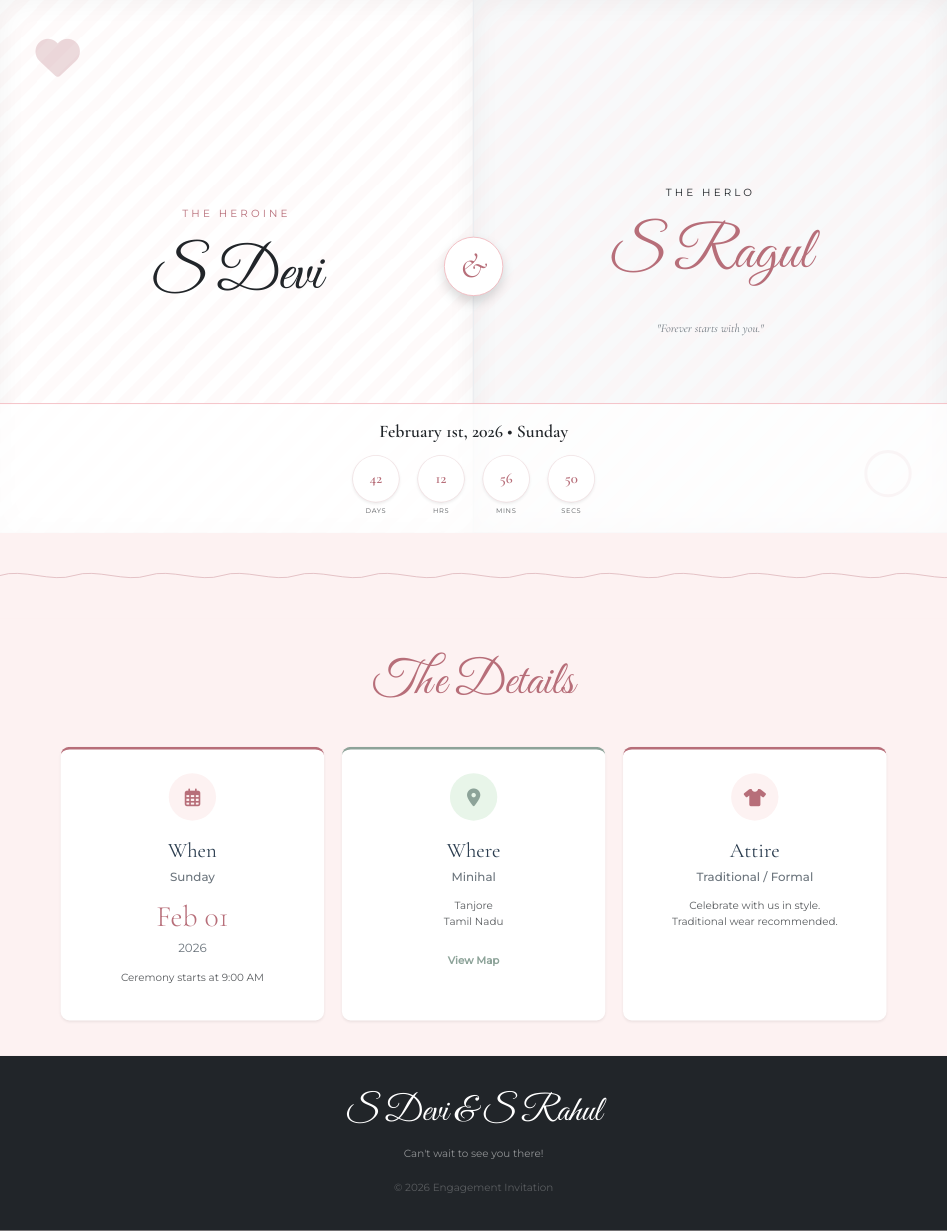
Repository: Eswar2585/Invitation
Page: index.html
The author's editor kept a copy of each file at every save. The page is drawn from the files as they stood at one save, then again after the next save.
The browser window is 1280 px wide. The pictures show the whole page, at 74% of full size.

Above is the page before, as saved 2025-12-20 20:08:06.

### index.html
<!DOCTYPE html>
<html lang="en">
<head>
    <meta charset="UTF-8">
    <meta name="viewport" content="width=device-width, initial-scale=1.0">
    <title>Boy Name & Girl Name | Engagement Invitation</title>

    <!-- Bootstrap 5 CSS -->
    <link href="https://cdn.jsdelivr.net/npm/bootstrap@5.3.0/dist/css/bootstrap.min.css" rel="stylesheet">

    <!-- Font Awesome (for Icons) -->
    <link href="https://cdnjs.cloudflare.com/ajax/libs/font-awesome/6.0.0/css/all.min.css" rel="stylesheet">

    <!-- Google Fonts -->
    <link rel="preconnect" href="https://fonts.googleapis.com">
    <link rel="preconnect" href="https://fonts.gstatic.com" crossorigin>
    <link href="https://fonts.googleapis.com/css2?family=Cormorant+Garamond:ital,wght@0,300;0,400;0,600;1,400&family=Great+Vibes&family=Montserrat:wght@300;400;500&display=swap" rel="stylesheet">

    <link rel="stylesheet" href="style.css">
</head>
<body>

    <!-- Envelope Overlay -->
    <div id="envelopeOverlay" class="envelope-overlay">
        <div class="envelope-wrapper">
            <!-- Body -->
            <div class="envelope-body"></div>

            <!-- Letter -->
            <div id="letterPreview" class="letter-preview">
                <div class="letter-border">
                    <p class="font-sans text-muted text-uppercase small tracking-wide mb-1" style="letter-spacing: 0.2em; font-size: 10px;">Invitation</p>
                    <h2 class="font-script text-rose-gold m-0" style="font-size: 2rem; color: #B76E79;">S Devi</h2>
                    <span class="font-serif text-dark small">&</span>
                    <h2 class="font-script text-rose-gold m-0" style="font-size: 2rem; color: #B76E79;">S Rahul</h2>
                </div>
            </div>

            <!-- Flap -->
            <div id="envelopeFlap" class="envelope-flap"></div>

            <!-- Pocket -->
            <div class="envelope-pocket"></div>

            <!-- Ribbon -->
            <div id="ribbonVertical" class="ribbon-vertical"></div>

            <!-- Bow -->
            <div id="bowContainer" class="bow-container">
               <div class="bow-loop loop-left"></div>
               <div class="bow-knot"></div>
               <div class="bow-loop loop-right"></div>
            </div>
        </div>
    </div>

    <!-- Main Content -->
    <div id="mainContent" class="main-content">

        <!-- Split Screen Hero (50/50 Force) -->
        <div class="container-fluid p-0">
            <div class="row g-0 min-vh-100 position-relative w-100 m-0">

                <!-- Left Col - Girl Name -->
                <div class="col-6 bg-white paper-texture shadow-seam d-flex flex-column justify-content-center align-items-center text-center p-2 p-md-5 border-end animate-open-left position-relative z-1">
                    <div class="position-absolute top-0 start-0 p-3 p-md-5 opacity-25">
                        <i class="fas fa-heart text-rose-gold icon-size"></i>
                    </div>
                    <p class="title-text font-sans text-rose-gold text-uppercase small mb-2 mb-md-4" style="letter-spacing: 0.3em;">The Heroine </p>
                    <h1 class="name-text font-script text-dark mb-2 mb-md-4" style="z-index: 10; position: relative;">S Devi</h1>

                </div>

                <!-- Center Ampersand -->
                <div class="ampersand-box position-absolute top-50 start-50 translate-middle z-3 bg-white rounded-circle shadow border border-danger-subtle d-flex align-items-center justify-content-center" style="width: 80px; height: 80px;">
                    <span class="ampersand-text font-serif fst-italic display-5 text-rose-gold">&</span>
                </div>

                <!-- Right Col - Boy Name -->
                <div class="col-6 bg-light paper-texture shadow-seam d-flex flex-column justify-content-center align-items-center text-center p-2 p-md-5 animate-open-right position-relative z-1">
                    <div class="position-absolute bottom-0 end-0 p-3 p-md-5 opacity-25">
                       <div class="ring-container border border-4 border-danger rounded-circle" style="border-color: #B76E79 !important;"></div>
                    </div>
                    <p class="title-text font-sans text-dark text-uppercase small mb-2 mb-md-4" style="letter-spacing: 0.3em;">The Herlo</p>
                    <h1 class="name-text font-script text-rose-gold mb-2 mb-md-4" style="z-index: 10; position: relative;">S Ragul</h1>
                    <p class="quote-text font-serif fst-italic text-secondary mt-2 mt-md-3">"Forever starts with you."</p>
                </div>

                <!-- Bottom Countdown Overlay -->
                <div class="position-absolute bottom-0 start-0 w-100 z-3 bg-white bg-opacity-75 border-top border-danger-subtle py-4 backdrop-blur">
                    <div class="container text-center">
                        <p class="font-serif h4 text-dark fw-bold mb-3">February 1st, 2026 &bull; Sunday</p>
                        <div class="d-flex justify-content-center gap-3 gap-md-4" id="countdownContainer">
                            <!-- Countdown items injected by JS -->
                        </div>
                    </div>
                </div>

            </div>
        </div>

        <!-- Divider -->
        <div class="py-5" style="background-color: var(--soft-pink);">
            <div class="flower-divider"></div>
        </div>

        <!-- Details Section -->
        <section class="py-5 container" style="background-color: var(--soft-pink);">
            <h2 class="font-script display-3 text-center text-rose-gold mb-5">The Details</h2>

            <div class="row g-4 justify-content-center">
                <!-- When -->
                <div class="col-md-4">
                    <div class="details-card text-center h-100">
                        <div class="details-icon">
                            <i class="far fa-calendar-alt"></i>
                        </div>
                        <h3 class="font-serif h3 mb-2">When</h3>
                        <p class="font-sans text-secondary fw-medium">Sunday</p>
                        <p class="font-serif display-6 text-rose-gold my-2">Feb 01</p>
                        <p class="font-sans text-secondary">2026</p>
                        <p class="font-sans small text-muted mt-3">Ceremony starts at 9:00 AM</p>
                    </div>
                </div>

                <!-- Where -->
                <div class="col-md-4">
                    <div class="details-card text-center h-100" style="border-top-color: var(--sage);">
                        <div class="details-icon" style="color: var(--sage); background-color: #e8f5e9;">
                            <i class="fas fa-map-marker-alt"></i>
                        </div>
                        <h3 class="font-serif h3 mb-2">Where</h3>
                        <p class="font-sans text-secondary fw-medium">Minihal</p>
                        <p class="font-sans text-muted mt-2 small">
                            Tanjore<br/>
                            Tamil Nadu
                        </p>
                        <a href="#" class="d-inline-block mt-3 text-decoration-none fw-bold" style="color: var(--sage); font-size: 0.875rem;">View Map</a>
                    </div>
                </div>

                <!-- Attire -->
                <div class="col-md-4">
                    <div class="details-card text-center h-100">
                        <div class="details-icon">
                            <i class="fas fa-tshirt"></i>
                        </div>
                        <h3 class="font-serif h3 mb-2">Attire</h3>
                        <p class="font-sans text-secondary fw-medium">Traditional / Formal</p>
                        <p class="font-sans text-muted mt-2 small">
                            Celebrate with us in style.<br/>
                            Traditional wear recommended.
                        </p>
                    </div>
                </div>
            </div>
        </section>

        <!-- Footer -->
        <footer class="bg-dark text-white py-5 text-center">
            <h2 class="font-script display-5 mb-3">S Devi & S Rahul</h2>
            <p class="font-sans small opacity-50">Can't wait to see you there!</p>
            <div class="mt-4 small opacity-25">
                &copy; 2026 Engagement Invitation
            </div>
        </footer>
    </div>

    <!-- JavaScript Logic -->
 <script src="script.js"></script>
</body>
</html>

### style.css
    :root {
            --rose-gold: #B76E79;
            --soft-pink: #FDF2F2;
            --charcoal: #2C3E50;
            --sage: #8DA399;
            --envelope-body: #fceeee;
            --envelope-flap: #eecbcb;
        }

        body {
            margin: 0;
            padding: 0;
            width: 100%;
            height: 100%;
            font-family: 'Montserrat', sans-serif;
            background-color: var(--soft-pink);
            color: var(--charcoal);
            overflow-x: hidden;
        }

        /* Typography */
        .font-script { font-family: 'Great Vibes', cursive; font-weight: 400; }
        .font-serif { font-family: 'Cormorant Garamond', serif; }

        /* Responsive Font Sizes for Split Layout */
        @media (max-width: 768px) {
            .name-text { font-size: 2.2rem !important; line-height: 1.2; }
            .title-text { font-size: 0.6rem !important; letter-spacing: 0.15em !important; }
            .quote-text { font-size: 0.75rem !important; }
            .ampersand-box { width: 50px !important; height: 50px !important; }
            .ampersand-text { font-size: 1.5rem !important; }
            .icon-size { font-size: 30px !important; }
            .ring-container { width: 40px !important; height: 40px !important; }
        }

        @media (min-width: 769px) {
            .name-text { font-size: 5rem; }
            .icon-size { font-size: 60px; }
            .ring-container { width: 64px; height: 64px; }
        }

        /* Custom Utilities */
        .text-rose-gold { color: var(--rose-gold) !important; }
        .bg-rose-gold { background-color: var(--rose-gold); }
        .text-sage { color: var(--sage); }

        .paper-texture {
            background-color: #ffffff;
            background-image: url("data:[embedded picture, 236 characters]");
        }
        .shadow-seam { box-shadow: inset 0 0 40px rgba(0,0,0,0.05); }

        /* --- Envelope Animation Classes --- */
        .envelope-overlay {
            position: fixed;
            top: 0;
            left: 0;
            width: 100vw;
            height: 100vh;
            background-color: var(--soft-pink);
            z-index: 2000;
            display: flex;
            align-items: center;
            justify-content: center;
            perspective: 1500px;
            transition: opacity 1s ease-out, transform 1s ease-in;
        }

        .envelope-overlay.hidden {
            opacity: 0;
            transform: scale(1.5);
            pointer-events: none;
        }

        .envelope-wrapper {
            position: relative;
            width: 300px;
            height: 200px;
            transform-style: preserve-3d;
            margin-top: 3rem;
        }

        @media (min-width: 768px) {
            .envelope-wrapper { width: 500px; height: 330px; }
        }

        .envelope-body {
            position: absolute;
            width: 100%;
            height: 100%;
            background-color: var(--envelope-body);
            z-index: 10;
            border-radius: 4px;
            box-shadow: 0 1rem 3rem rgba(0,0,0,0.175);
        }

        .letter-preview {
            position: absolute;
            top: 8px; left: 8px; right: 8px; bottom: 8px;
            background: white;
            z-index: 20;
            display: flex;
            flex-direction: column;
            align-items: center;
            justify-content: center;
            text-align: center;
            box-shadow: 0 0.125rem 0.25rem rgba(0,0,0,0.075);
            transition: transform 1.4s cubic-bezier(0.25, 1, 0.5, 1);
        }

        .letter-preview.slide-up {
            transform: translateY(-190px) scale(1.05);
        }

        .letter-border {
            border: 2px solid var(--rose-gold);
            width: 90%;
            height: 90%;
            display: flex;
            flex-direction: column;
            align-items: center;
            justify-content: center;
            padding: 0.5rem;
        }

        .envelope-flap {
            position: absolute;
            top: 0; left: 0;
            width: 0; height: 0;
            border-left: 150px solid transparent;
            border-right: 150px solid transparent;
            border-top: 110px solid var(--envelope-flap);
            transform-origin: top;
            transition: transform 0.7s ease-in-out, z-index 0.7s;
            z-index: 50;
        }

        @media (min-width: 768px) {
            .envelope-flap {
                border-left: 250px solid transparent;
                border-right: 250px solid transparent;
                border-top: 180px solid var(--envelope-flap);
            }
        }

        .envelope-flap.open {
            transform: rotateX(180deg);
            z-index: 1;
        }

        .envelope-pocket {
            position: absolute;
            bottom: 0; left: 0;
            width: 0; height: 0;
            border-left: 150px solid transparent;
            border-right: 150px solid transparent;
            border-bottom: 110px solid var(--envelope-body);
            z-index: 40;
            pointer-events: none;
            filter: brightness(0.95);
        }

        @media (min-width: 768px) {
            .envelope-pocket {
                border-left: 250px solid transparent;
                border-right: 250px solid transparent;
                border-bottom: 180px solid var(--envelope-body);
            }
        }

        /* Ribbon Styles */
        .ribbon-vertical {
            position: absolute;
            top: 0; left: 50%;
            transform: translateX(-50%);
            width: 30px; height: 100%;
            background: linear-gradient(to right, #ffcdd2, #e57373, #ffcdd2);
            z-index: 60;
            box-shadow: 0 0.125rem 0.25rem rgba(0,0,0,0.1);
            transition: opacity 0.5s ease;
        }

        .ribbon-vertical.fade-out {
            opacity: 0;
        }

        .bow-container {
            position: absolute;
            top: 45%; left: 50%;
            transform: translate(-50%, -50%);
            z-index: 70;
            display: flex;
            align-items: center;
            justify-content: center;
            transition: all 0.5s ease-in;
        }

        .bow-container.untied {
            opacity: 0;
            transform: translate(-50%, -150%) scale(1.5);
        }

        .bow-loop {
            width: 50px; height: 50px;
            background: linear-gradient(135deg, #e57373, #ffcdd2);
            box-shadow: 2px 2px 5px rgba(0,0,0,0.2);
        }
        .loop-left { border-radius: 50px 50px 50px 0; transform: rotate(-45deg); margin-right: -4px; }
        .loop-right { border-radius: 50px 50px 0 50px; transform: rotate(135deg); margin-left: -4px; }
        .bow-knot { width: 15px; height: 15px; background: #ef5350; border-radius: 50%; z-index: 80; }

        /* --- Main Page Animations --- */
        .main-content {
            transition: opacity 1s ease;
            width: 100%;
            opacity: 0;
            visibility: hidden;
        }
        .main-content.visible {
            opacity: 1;
            visibility: visible;
        }

        @keyframes slideInLeft {
            0% { transform: translateX(-50px); opacity: 0; }
            100% { transform: translateX(0); opacity: 1; }
        }
        @keyframes slideInRight {
            0% { transform: translateX(50px); opacity: 0; }
            100% { transform: translateX(0); opacity: 1; }
        }

        .animate-open-left { animation: slideInLeft 1.5s cubic-bezier(0.25, 1, 0.5, 1) forwards; }
        .animate-open-right { animation: slideInRight 1.5s cubic-bezier(0.25, 1, 0.5, 1) forwards; }

        .flower-divider {
            background-image: url('data:[embedded picture, 234 characters]');
            background-repeat: repeat-x;
            height: 20px;
            width: 100%;
            opacity: 0.5;
        }

        .countdown-box {
            width: 3rem; height: 3rem;
            background: white;
            border: 1px solid rgba(183, 110, 121, 0.2);
            border-radius: 50%;
            display: flex;
            align-items: center;
            justify-content: center;
            margin-bottom: 0.25rem;
        }
        @media (min-width: 768px) {
            .countdown-box { width: 4rem; height: 4rem; }
        }

        .details-card {
            background: white;
            padding: 2rem;
            border-radius: 0.75rem;
            border-top: 4px solid var(--rose-gold);
            box-shadow: 0 0.125rem 0.25rem rgba(0,0,0,0.075);
            transition: transform 0.3s;
        }
        .details-card:hover { transform: translateY(-5px); box-shadow: 0 0.5rem 1rem rgba(0,0,0,0.15); }
        .details-icon {
            width: 4rem; height: 4rem;
            background-color: var(--soft-pink);
            color: var(--rose-gold);
            border-radius: 50%;
            display: flex;
            align-items: center;
            justify-content: center;
            margin: 0 auto 1.5rem auto;
            font-size: 1.5rem;
        }

### script.js
 document.addEventListener('DOMContentLoaded', () => {
            // --- Animation Sequence ---
            const bowContainer = document.getElementById('bowContainer');
            const ribbonVertical = document.getElementById('ribbonVertical');
            const envelopeFlap = document.getElementById('envelopeFlap');
            const letterPreview = document.getElementById('letterPreview');
            const envelopeOverlay = document.getElementById('envelopeOverlay');
            const mainContent = document.getElementById('mainContent');

            // 1. Untie Bow (1000ms)
            setTimeout(() => {
                bowContainer.classList.add('untied');
                ribbonVertical.classList.add('fade-out');
            }, 1000);

            // 2. Open Flap (1600ms)
            setTimeout(() => {
                envelopeFlap.classList.add('open');
            }, 1600);

            // 3. Slide Letter Up (2200ms)
            setTimeout(() => {
                letterPreview.classList.add('slide-up');
            }, 2200);

            // 4. Reveal Main Content (3800ms)
            setTimeout(() => {
                envelopeOverlay.classList.add('hidden');
                mainContent.classList.add('visible');

                // Cleanup overlay after transition
                setTimeout(() => {
                    envelopeOverlay.style.display = 'none';
                }, 1000);
            }, 3800);

            // --- Countdown Logic ---
            const eventDate = new Date(2026, 1, 1, 9, 0, 0).getTime(); // Feb 1, 2026 (Month is 0-indexed: 1 = Feb)
            const countdownContainer = document.getElementById('countdownContainer');

            function updateCountdown() {
                const now = new Date().getTime();
                const distance = eventDate - now;

                if (distance < 0) {
                    countdownContainer.innerHTML = '<div class="text-rose-gold h4">We are Engaged!</div>';
                    return;
                }

                const days = Math.floor(distance / (1000 * 60 * 60 * 24));
                const hours = Math.floor((distance % (1000 * 60 * 60 * 24)) / (1000 * 60 * 60));
                const minutes = Math.floor((distance % (1000 * 60 * 60)) / (1000 * 60));
                const seconds = Math.floor((distance % (1000 * 60)) / 1000);

                const timeUnits = [
                    { label: 'Days', value: days },
                    { label: 'Hrs', value: hours },
                    { label: 'Mins', value: minutes },
                    { label: 'Secs', value: seconds }
                ];

                let html = '';
                timeUnits.forEach(unit => {
                    html += `
                        <div class="d-flex flex-column align-items-center">
                            <div class="countdown-box shadow-sm">
                                <span class="font-serif h5 text-rose-gold fw-bold m-0">${unit.value}</span>
                            </div>
                            <span class="font-sans text-uppercase text-muted" style="font-size: 9px; letter-spacing: 0.1em;">${unit.label}</span>
                        </div>
                    `;
                });

                countdownContainer.innerHTML = html;
            }

            setInterval(updateCountdown, 1000);
            updateCountdown(); // Initial call
        });

After the next save:
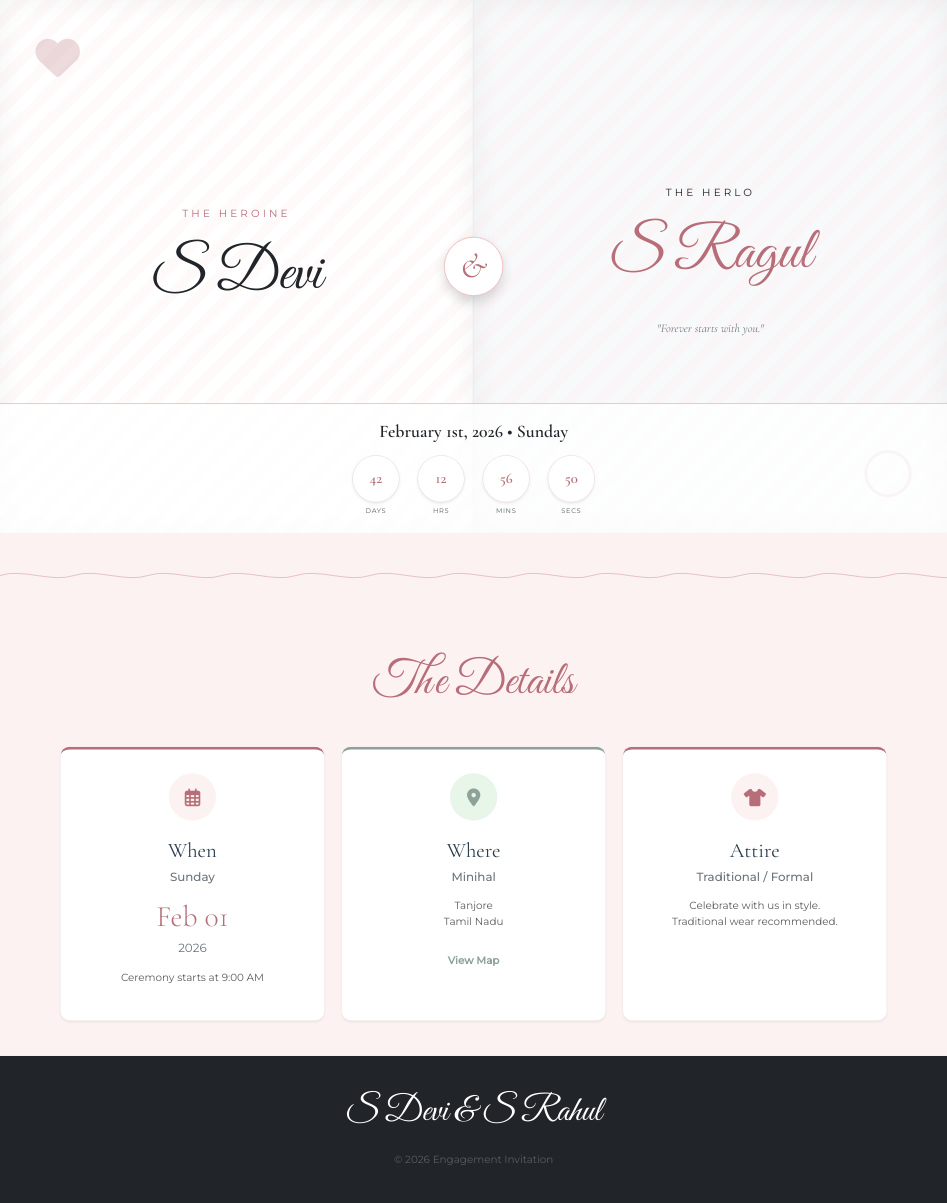
Saved 56 s later.
--- a/index.html
+++ b/index.html
@@ -159,7 +159,7 @@
         <!-- Footer -->
         <footer class="bg-dark text-white py-5 text-center">
             <h2 class="font-script display-5 mb-3">S Devi & S Rahul</h2>
-            <p class="font-sans small opacity-50">Can't wait to see you there!</p>
+
             <div class="mt-4 small opacity-25">
                 &copy; 2026 Engagement Invitation
             </div>
